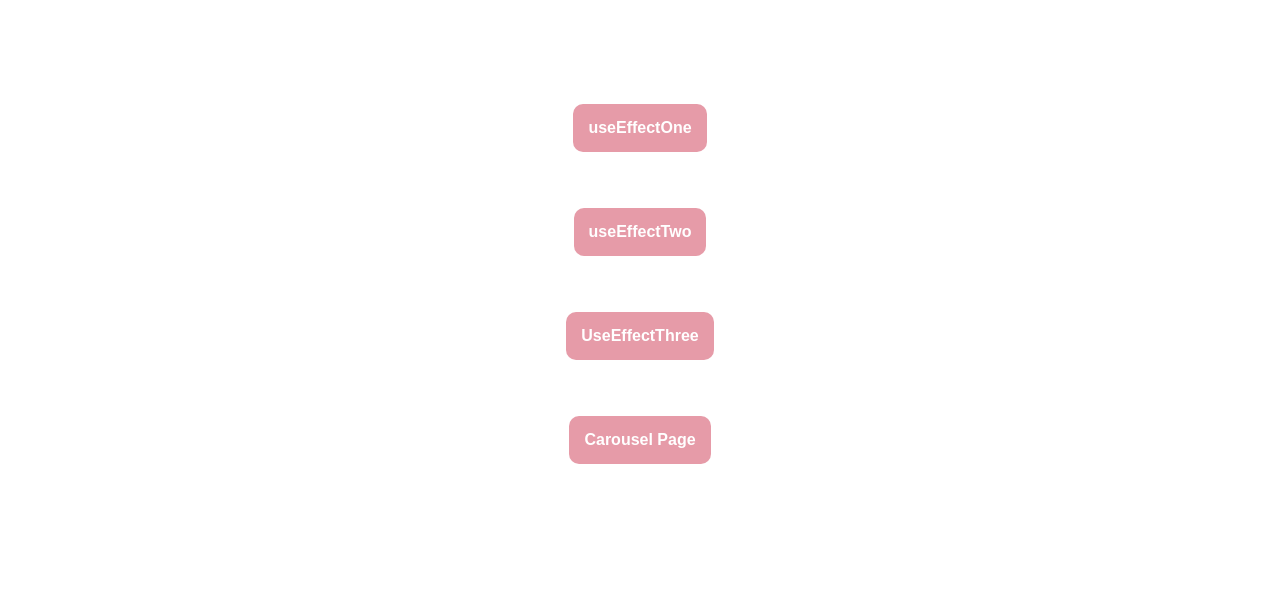
Repository: jjennbui/class8
Page: /
These files come from the project's save history. The page is drawn as it stood at one moment and after a run of saves; the edit follows.
The browser window is 1280 px wide. The pictures show the whole page.
The project was rebuilt for these pictures with package versions that can differ from the ones it lists, and the page was loaded fresh each time. The framework's server and built-in components were replaced by stand-ins that run in the browser. Also part of the build but not shown: next.config.js.

Above is the page before, as saved 2023-02-20 17:39:10.

### pages/index.js
import Head from 'next/head'
import styles from '@/styles/Home.module.css'
import Link from 'next/link'


export default function Home() {
  return (
    <>
      <Head>
        <title>Create Next App</title>
        <meta name="description" content="Generated by create next app" />
        <meta name="viewport" content="width=device-width, initial-scale=1" />
        <link rel="icon" href="/favicon.ico" />
      </Head>

      <main className={styles.main}>
        <Link href="/useEffectOne" className={styles.text}>useEffectOne</Link>
        <Link href="/useEffectTwo" className={styles.text}>useEffectTwo</Link>
        <Link href="/useEffectThree" className={styles.text}>UseEffectThree</Link>
        <Link href="/carouselPage" className={styles.text}>Carousel Page</Link>
      </main>
    </>
  )
}

### styles/globals.css
:root {

}

### styles/Home.module.css
.main {

  display: flex;
  flex-direction: column;
  justify-content: space-between;
  align-items: center;
  padding: 6rem;
  min-height: 50vh;

}

.text{
  color: white;
  text-decoration: none;
  font-family: Arial, Helvetica, sans-serif;
  font-weight: bold;
  background-color: rgb(230, 155, 168);
  padding: 15px;
  border-radius: 10px;

}

Loaded but not shown: pages/_app.js (common file); pages/_document.js (common file)

After the next 3 saves:
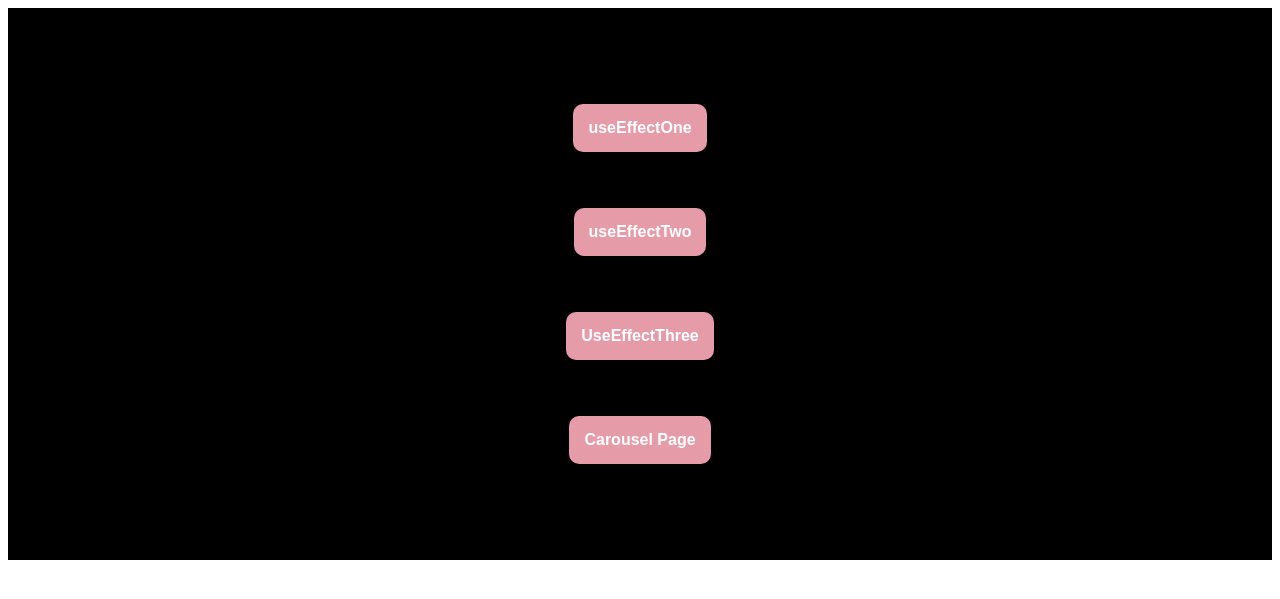
The 3 saves are shown as one change because they came seconds apart.
The last was saved 10 s later.
--- a/styles/Home.module.css
+++ b/styles/Home.module.css
@@ -1,5 +1,5 @@
 .main {
-
+  background-color: black;
   display: flex;
   flex-direction: column;
   justify-content: space-between;

After the save that followed:
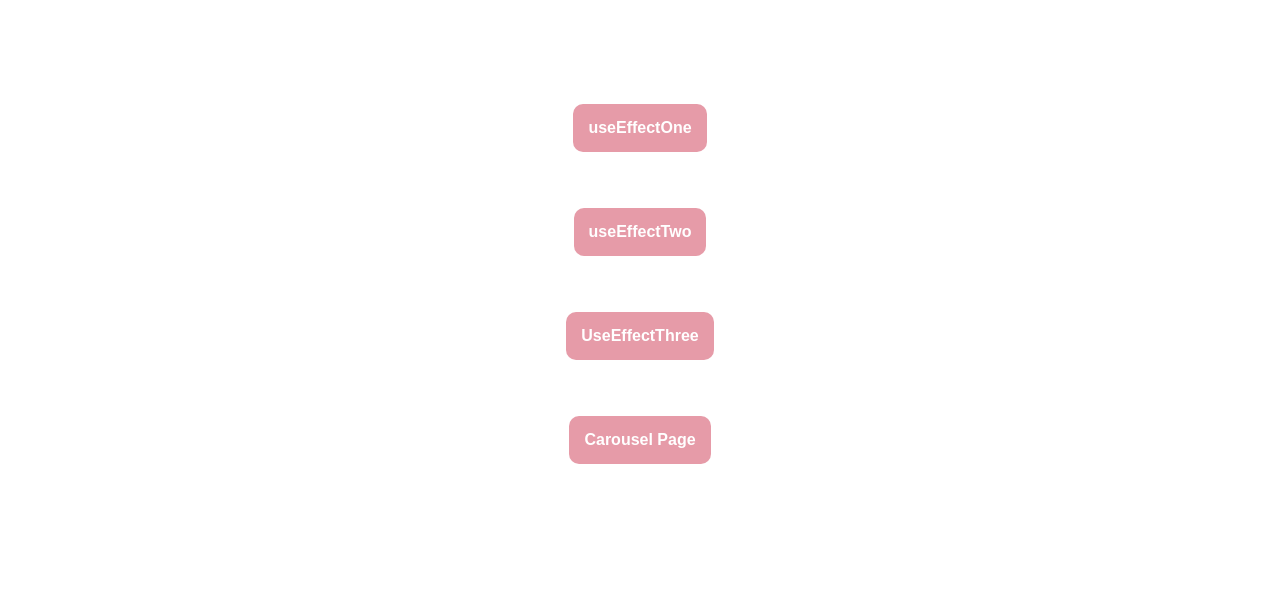
Saved 8 s later.
--- a/styles/Home.module.css
+++ b/styles/Home.module.css
@@ -1,5 +1,5 @@
 .main {
-  background-color: black;
+
   display: flex;
   flex-direction: column;
   justify-content: space-between;
